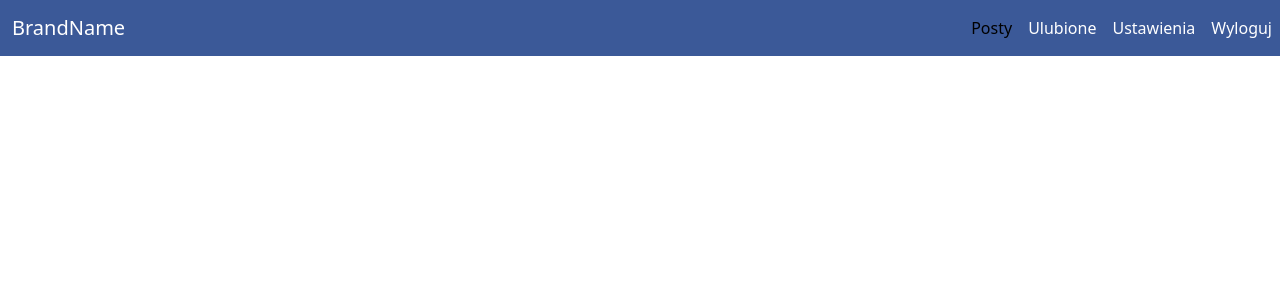
Repository: BoguszKonrady/FORUM
Page: http://localhost/app/views/layout/navbar.php
An editor plug-in stored every save of this project. The page is shown before and after the next save, followed by the edit.
The browser window is 1280 px wide. The pictures show the whole page.
The page is run by PHP 8.4 with error messages shown; the project is at /var/www/html/.

Above is the page before, as saved 2024-06-06 21:35:06.

After the next save:
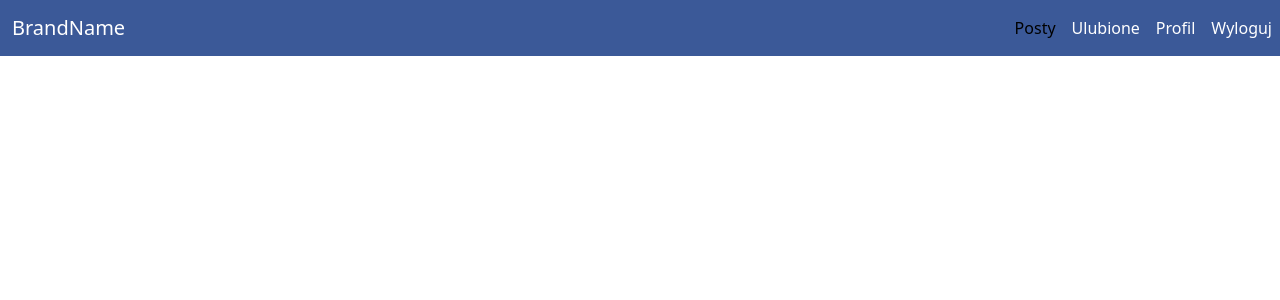
Saved 6 min 38 s later.
--- a/app/views/layout/navbar.php
+++ b/app/views/layout/navbar.php
@@ -40,7 +40,7 @@
                     <a class="nav-link" href="posts/favoritesPosts.php">Ulubione</a>
                 </li>
                 <li class="nav-item">
-                    <a class="nav-link" href="#">Ustawienia</a>
+                    <a class="nav-link" href="#">Profil</a>
                 </li>
                 <li class="nav-item">
                     <a class="nav-link" href="#">Wyloguj</a>
